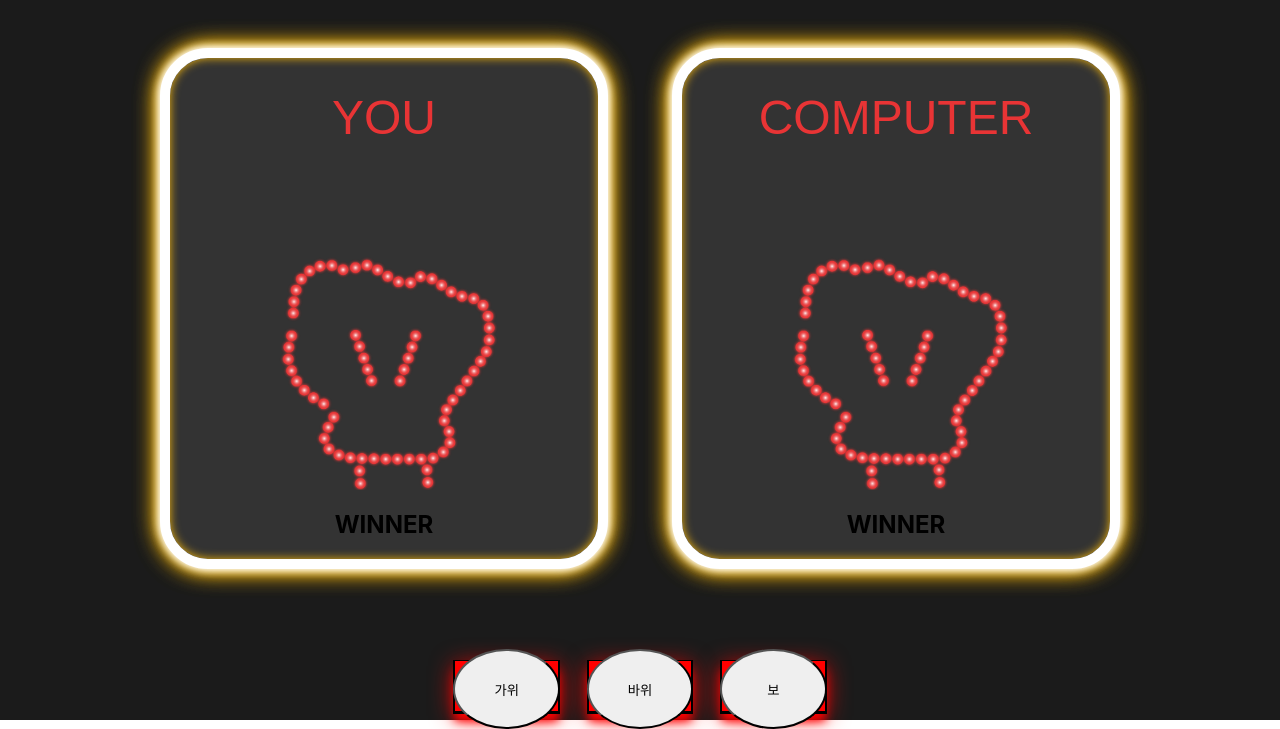
Repository: KIMMIHYE12/classComponent
Page: /
An editor plug-in stored every save of this project. The page is shown before and after the next save, followed by the edit.
The browser window is 1280 px wide. The pictures show the whole page.
Some web fonts or font styles are not loaded; a fallback is used. The project was rebuilt for these pictures with package versions that can differ from the ones it lists, and the page was loaded fresh each time.

Above is the page before, as saved 2024-03-18 22:53:39.

After the next save:
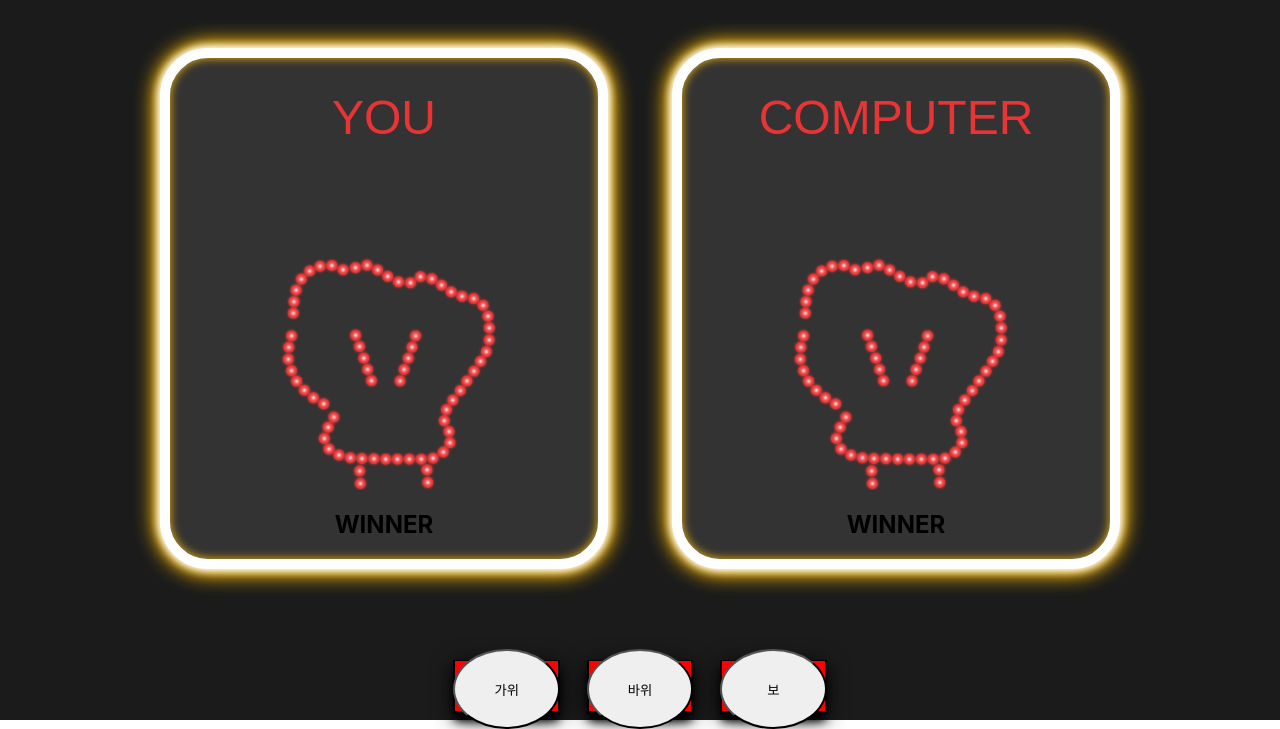
Saved 7 s later.
--- a/src/App.css
+++ b/src/App.css
@@ -78,5 +78,5 @@ img {
   height: 50px;
   background: red;
   transition: all ((0.06 * 1.3) + s) ease-out;
-  box-shadow: 0 1px 0 2px black, 0 5px 24px red, 0 10px 9px red;
+  box-shadow: 0 1px 0 2px black, 0 5px 24px black, 0 10px 9px black;
 }
